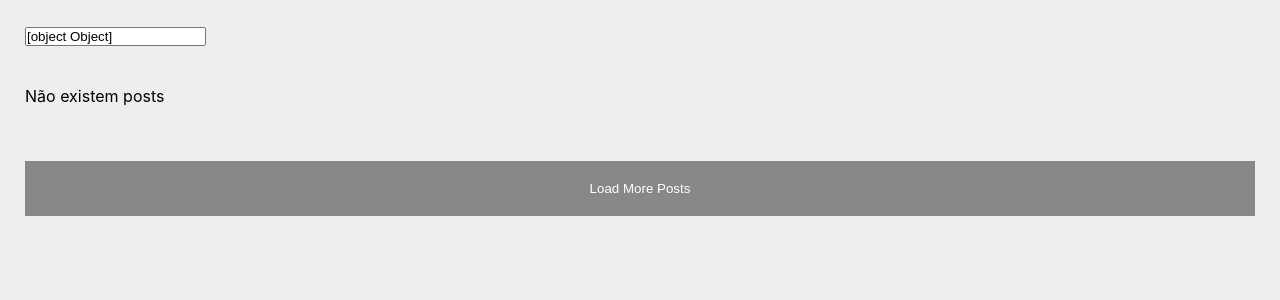
Repository: anderfmelo/temp-repo
Page: /
These files come from the project's save history. The page is drawn as it stood at one moment and after the next save; the edit follows.
The browser window is 1280 px wide. The pictures show the whole page.
The page's requests for data from a server got no answer. The project was rebuilt for these pictures with package versions that can differ from the ones it lists, and the page was loaded fresh each time. No one was signed in, and anything a server would have sent is missing. Also part of the build but not shown: src/components/Posts/styles.css, src/components/PostCard/styles.css, src/components/PostCard/index.jsx, src/components/Posts/index.jsx, src/components/TextInput/styles.css.

Above is the page before, as saved 2022-04-20 16:46:29.

After the next save:
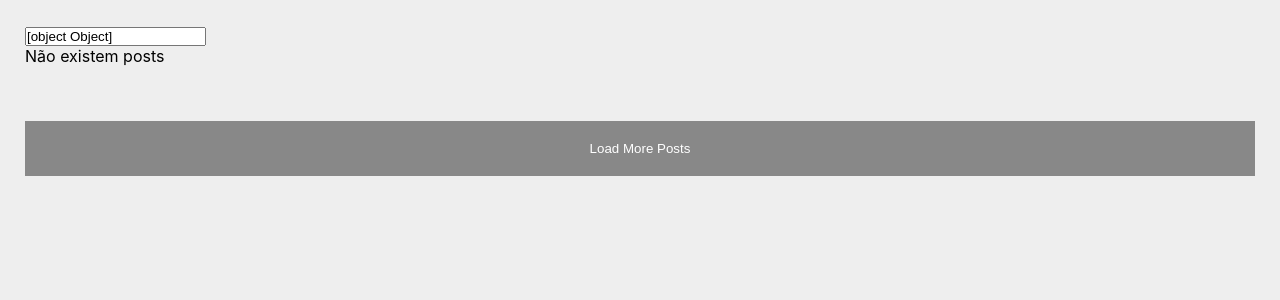
Saved 65 s later.
--- a/src/templates/Home/index.jsx
+++ b/src/templates/Home/index.jsx
@@ -57,17 +57,9 @@ export class Home extends Component {
 
     return (
       <section className="container">
-        {!!searchValue && (
-          <>
-            <h1>Search value: {searchValue}</h1>
-            <br></br>
-          </>
-        )}
+        {!!searchValue && <h1>Search value: {searchValue}</h1>}
 
         <TextInput searchValue={searchValue} handleChange={this.handleChange} />
-        <br />
-        <br />
-        <br />
 
         {filteredPosts.length > 0 && <Posts posts={filteredPosts} />}
 
